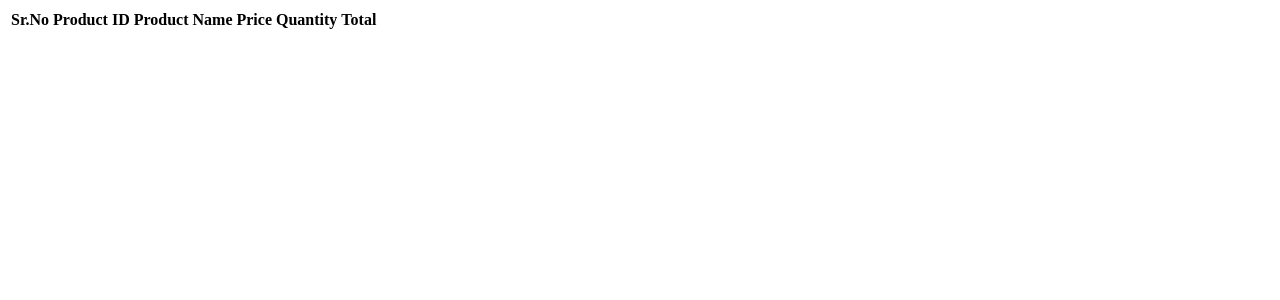
Repository: priyankamergu/MyAllProjects
Page: http://localhost/OnlineShopping/OrderBill.jsp
The author's editor kept a copy of each file at every save. The page is drawn from the files as they stood at one save, then again after the next save.
The browser window is 1280 px wide. The pictures show the whole page.
The page is served by Tomcat 9.

Above is the page before, as saved 2019-11-25 10:00:09.

After the next save:
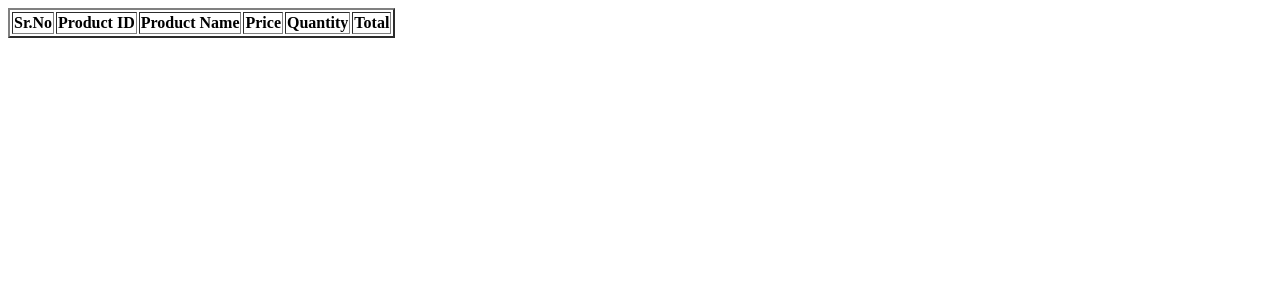
Saved 43 s later.
--- a/Workspace_JEE7_WEB/OnlineShopping/WebContent/OrderBill.jsp
+++ b/Workspace_JEE7_WEB/OnlineShopping/WebContent/OrderBill.jsp
@@ -8,7 +8,7 @@
 </head>
 <body>
 
-	<table>
+	<table border=2>
 		<tr>
 			<th>Sr.No</th>
 			<th>Product ID</th>
